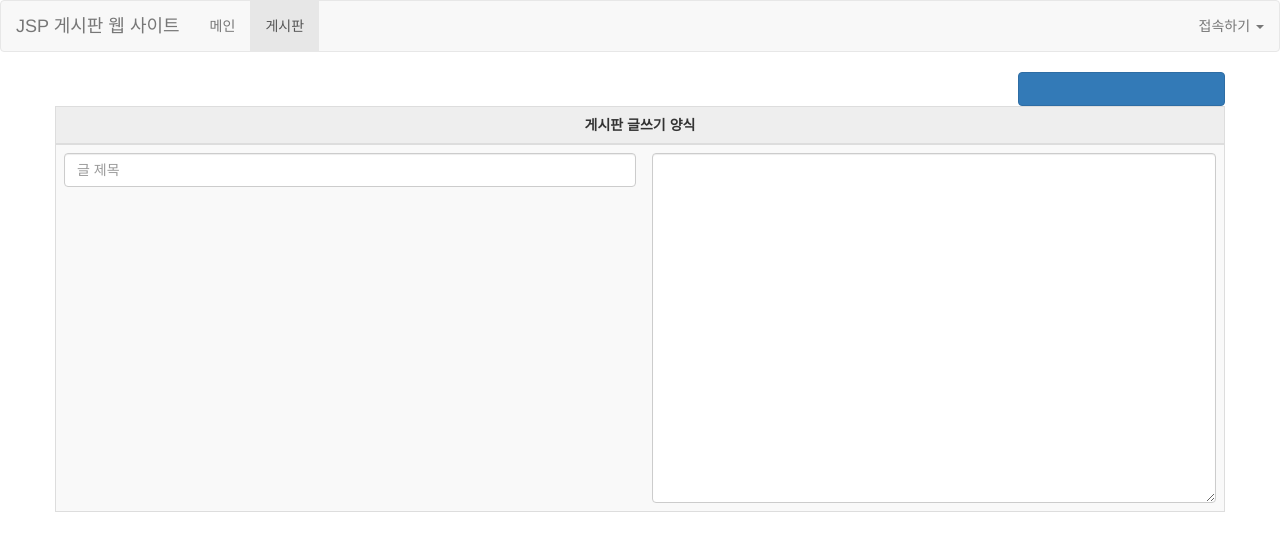
Repository: TheChok/BbsClone
Page: http://localhost/BBS/view.jsp
These files come from the project's save history. The page is drawn as it stood at one moment and after the next save; the edit follows.
The browser window is 1280 px wide. The pictures show the whole page.
Some web libraries are served in a nearby version. The page is served by Tomcat 9.

Above is the page before, as saved 2023-09-21 12:03:21.

After the next save:
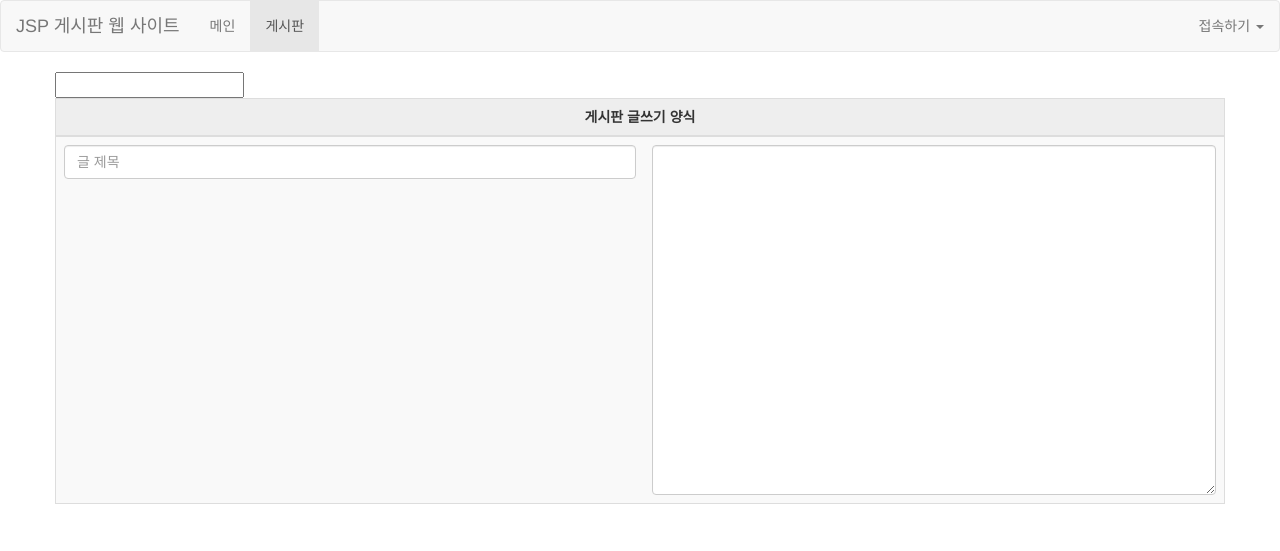
Saved 16 s later.
--- a/BBS/src/main/webapp/view.jsp
+++ b/BBS/src/main/webapp/view.jsp
@@ -93,7 +93,7 @@
 						</td>
 					</tr>
 				</tbody>
-				<input href="write.jsp" class="btn btn-primary pull-right" />
+				<input  />
 			</table>
 		</div>
 	</div>
